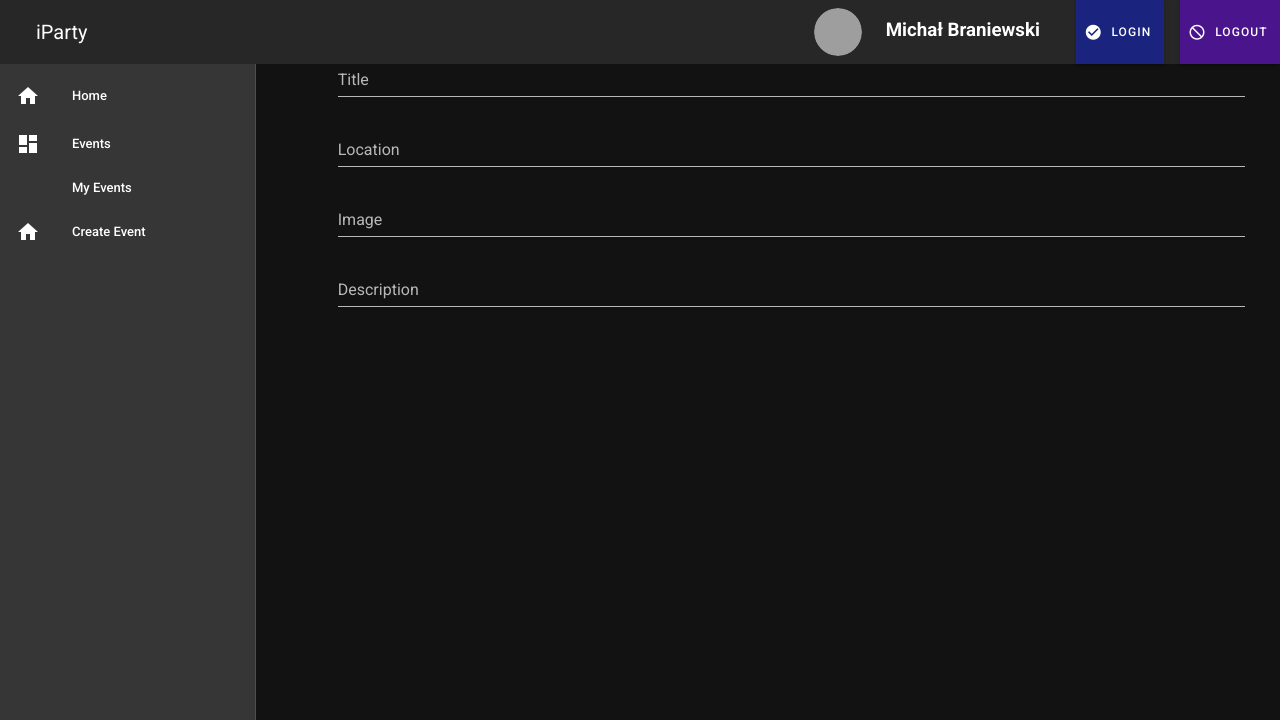
Repository: hexanek/partyapp
Page: /#/addevent
An editor plug-in stored every save of this project. The page is shown before and after the next save, followed by the edit.
The browser window is 1280 px wide. The pictures show the whole page.
Pictures or frames that could not be fetched are drawn as grey boxes. The project was rebuilt for these pictures with package versions that can differ from the ones it lists, and the page was loaded fresh each time. Also part of the build but not shown: vue.config.js, src/components/Popup.vue, src/components/Gmap.vue, src/components/Home.vue.

Above is the page before, as saved 2020-01-26 14:11:41.

### public/index.html
<!DOCTYPE html>
<html lang="en">
  <head>
    <meta charset="utf-8">
    <meta http-equiv="X-UA-Compatible" content="IE=edge">
    <meta name="viewport" content="width=device-width,initial-scale=1.0">
    <link rel="icon" href="<%= BASE_URL %>favicon.ico">
    <title>party-app</title>
    <link rel="stylesheet" href="https://fonts.googleapis.com/css?family=Roboto:100,300,400,500,700,900">
    <link rel="stylesheet" href="https://cdn.jsdelivr.net/npm/@mdi/font@latest/css/materialdesignicons.min.css">
  </head>
  <body>
    <noscript>
      <strong>We're sorry but party-app doesn't work properly without JavaScript enabled. Please enable it to continue.</strong>
    </noscript>
    <div id="app"></div>
    <!-- built files will be auto injected -->
  </body>
</html>

### src/main.js
import Vue from 'vue'
import App from './App.vue'
import vuetify from './plugins/vuetify';
import store from './store'
import router from './router'

Vue.config.productionTip = false

new Vue({
  vuetify,
  store,
  router,
  render: h => h(App)
}).$mount('#app')

### src/App.vue
<template>
  <v-app>
    <navbar>
    </navbar>
    <Footer>
    </Footer>
    <router-view></router-view>
  </v-app>
</template>

<script>
import Navbar from "./components/Navbar";
import Footer from "./components/Footer";


export default {
  name: "App",

  components: {
    Navbar,
    Footer,
  },

  data: () => ({
    //
  }),
  methods: {}
};
</script>

### src/plugins/vuetify.js
import Vue from "vue";
import Vuetify from "vuetify/lib";
import VueRouter from "vue-router";
import * as VueGoogleMaps from "vue2-google-maps";

Vue.use(Vuetify);
Vue.use(VueRouter);
Vue.use(VueGoogleMaps, {
  load: {
    key: "AIzaSyB6QzBesMB_MjqmuZF1p7hpCl8gg4kMEy8",
    libraries: "places"
  }
});

export default new Vuetify({
  theme: {
    dark: true
  }
});

### src/router/index.js
import Vue from "vue";
import VueRouter from "vue-router";
import EventForm from "../components/Event/EventForm.vue";
import Home from "../components/Home.vue";

Vue.use(VueRouter);

const routes = [
  {
    path: "/",
    name: "home",
    component: Home
  },
  {
    path: "/addevent",
    name: "AddEvent",
    component: EventForm

    // route level code-splitting
    // this generates a separate chunk (about.[hash].js) for this route
    // which is lazy-loaded when the route is visited.
    //component: () => import(/* webpackChunkName: "about" */ '../views/About.vue')
  }
];

const router = new VueRouter({
  routes
});
export default router;

### src/components/Navbar.vue
<template>
    <div>
        <v-navigation-drawer
      v-model="drawer"
      app
      clipped
    >
      <v-list dense>
         <v-list-item link>
          <v-list-item-action>
            <v-icon>mdi-home</v-icon>
          </v-list-item-action>
          <v-list-item-content>
            <v-list-item-title>
              <router-link to="/" tag="span">Home</router-link></v-list-item-title>
          </v-list-item-content>
          </v-list-item>
        <v-list-item link>
          <v-list-item-action>
            <v-icon>mdi-view-dashboard</v-icon>
          </v-list-item-action>
          <v-list-item-content>
            <v-list-item-title>Events</v-list-item-title>
          </v-list-item-content>
        </v-list-item>
        <v-list-item link>
          <v-list-item-action>
            <v-icon>mdi-settings</v-icon>
          </v-list-item-action>
          <v-list-item-content>
            <v-list-item-title>My Events</v-list-item-title>
          </v-list-item-content>
        </v-list-item>
         <v-list-item link>
          <v-list-item-action>
            <v-icon>mdi-home</v-icon>
          </v-list-item-action>
          <v-list-item-content>
            <v-list-item-title>
              <router-link to="/addevent" tag="span"> Create Event</router-link>
              </v-list-item-title>
          </v-list-item-content>
        </v-list-item>
      </v-list>
    </v-navigation-drawer>
     <v-app-bar
      flat
      app
      clipped-left
    >
      <v-app-bar-nav-icon class="hidden-sm-and-up" @click.stop="drawer = !drawer" />
      <v-toolbar-title>
        <router-link to="/" tag="span" style="cursor: pointer">iParty</router-link>
        </v-toolbar-title>
      <v-spacer></v-spacer>
      <v-toolbar-items>

        <v-avatar class="ma-2">
      <img
        src="https://cdn.vuetifyjs.com/images/john.jpg"
        alt="John"
      >
    </v-avatar>
        <h3 class="ma-4">Michał Braniewski</h3>
        <v-btn small rounded class="indigo darken-4 mx-5">
          <v-icon dark left>mdi-checkbox-marked-circle</v-icon>
          Login


          </v-btn>
           <v-btn small rounded class="purple darken-4 mx-5 ml-n1 mr-n4">
          <v-icon dark left>mdi-cancel</v-icon>
          Logout


          </v-btn>
      </v-toolbar-items>


    </v-app-bar>
    </div>
</template>

<script>
export default {
  name: "Navbar",
  data: () => ({
    drawer: null
  })
};
</script>

<style lang="scss" scoped>
</style>

### src/components/Footer.vue
<template>
    <div>
        <!-- <v-footer app>
            <span>&copy; 2020</span>
        </v-footer> -->
    </div>
</template>

<script>
    export default {
        name: 'Footer',

        data: () => ({

        })
    }
</script>

<style lang="scss" scoped>

</style>

### src/components/Event/EventForm.vue
<template>
    <div>
        <v-container>
            <v-layout row>
                <v-flex xs-12 offset-sm3 pa-3>
                    <h2>Add own Event</h2>
                </v-flex>
            </v-layout>
            <v-layout row>
                <v-flex xs-12>
                    <form>
                        <v-layout row>
                            <v-flex xs-12 offset-sm3 sm-6>
                                <v-text-field
                                name="title"
                                label="Title"
                                id="title"
                                required></v-text-field>
                            </v-flex>
                        </v-layout>
                         <v-layout row>
                            <v-flex xs-12 offset-sm3 sm-6>
                                <v-text-field
                                name="location"
                                label="Location"
                                id="location"
                                required></v-text-field>
                            </v-flex>
                        </v-layout>
                         <v-layout row>
                            <v-flex xs-12 offset-sm3 sm-3 lg-6>
                                <v-text-field
                                name="imageUrl"
                                label="Image"
                                required
                                id="image"
                                ></v-text-field>
                            </v-flex>
                        </v-layout>
                         <v-layout row>
                            <v-flex xs-12 offset-sm3 sm-6>
                                <v-text-field
                                name="description"
                                label="Description"
                                id="description"
                                required></v-text-field>
                            </v-flex>
                        </v-layout>
                    </form>
                </v-flex>
            </v-layout>
        </v-container>
    </div>
</template>

<script>
export default {
  name: "EventForm",
  data: () => ({
    return: {}
  })
};
</script>

<style lang="scss" scoped>

</style>

Loaded but not shown: src/store/index.js (common file)

After the next save:
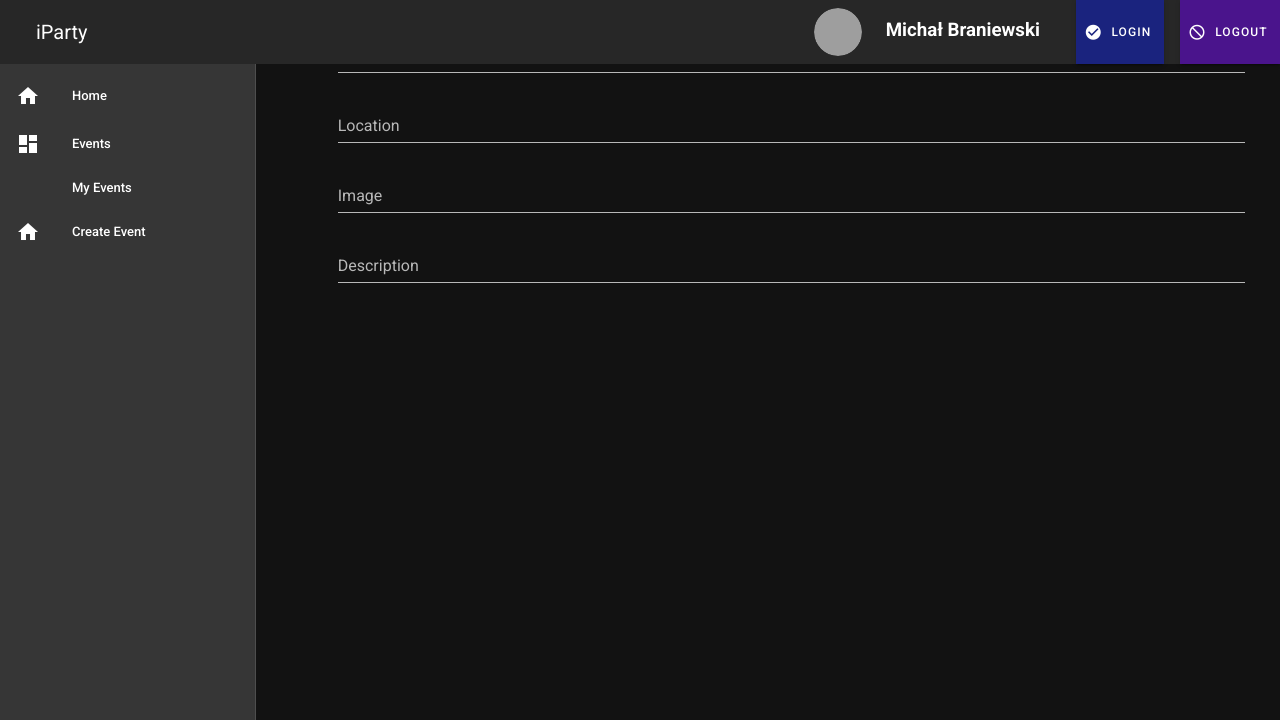
Saved 10 s later.
--- a/src/components/Event/EventForm.vue
+++ b/src/components/Event/EventForm.vue
@@ -2,7 +2,7 @@
     <div>
         <v-container>
             <v-layout row>
-                <v-flex xs-12 offset-sm3 pa-3>
+                <v-flex xs-12 offset-sm3 offset-md4>
                     <h2>Add own Event</h2>
                 </v-flex>
             </v-layout>

After the 2 saves that followed:
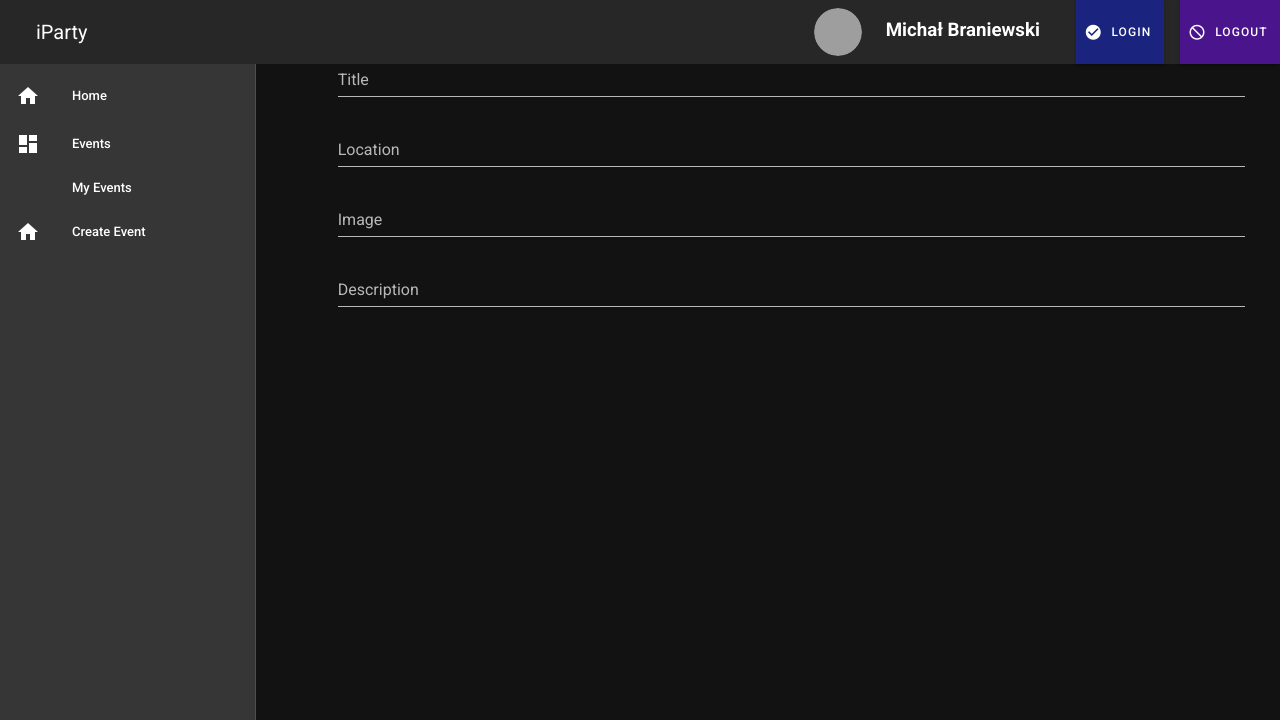
The 2 saves are shown as one change because 1 left the picture as it was.
The last was saved 16 s later.
--- a/src/components/Event/EventForm.vue
+++ b/src/components/Event/EventForm.vue
@@ -2,7 +2,7 @@
     <div>
         <v-container>
             <v-layout row>
-                <v-flex xs-12 offset-sm3 offset-md4>
+                <v-flex xs-12 offset-sm3 col-md-4>
                     <h2>Add own Event</h2>
                 </v-flex>
             </v-layout>
